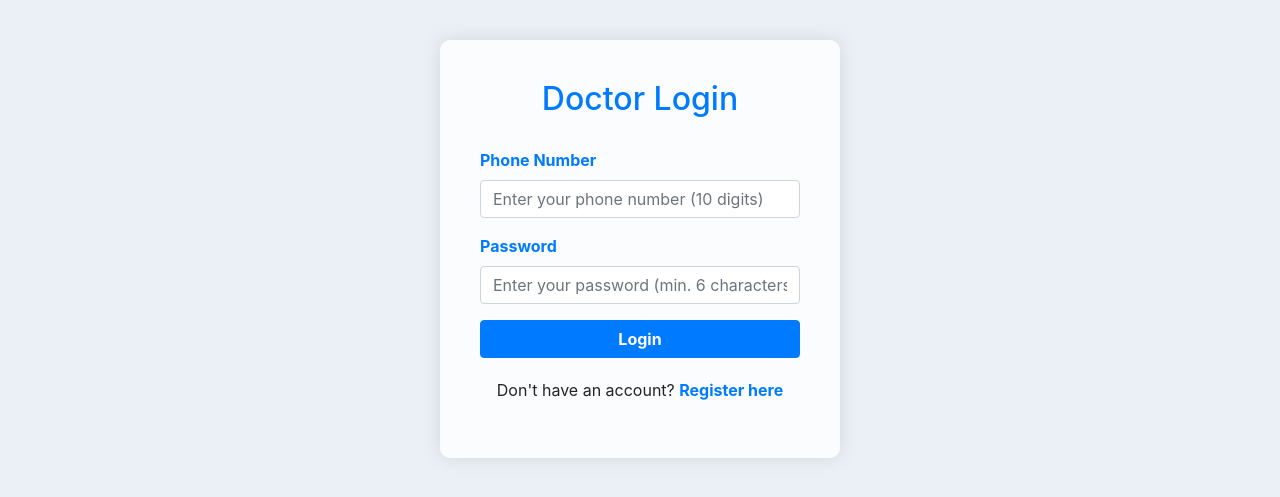
Repository: MohaseenAli/mediSlot
Page: http://localhost/mediSlot/doctor_login.jsp
An editor plug-in stored every save of this project. The page is shown before and after the next save, followed by the edit.
The browser window is 1280 px wide. The pictures show the whole page.
The page is served by Tomcat 10.

Above is the page before, as saved 2024-04-21 12:51:43.

After the next save:
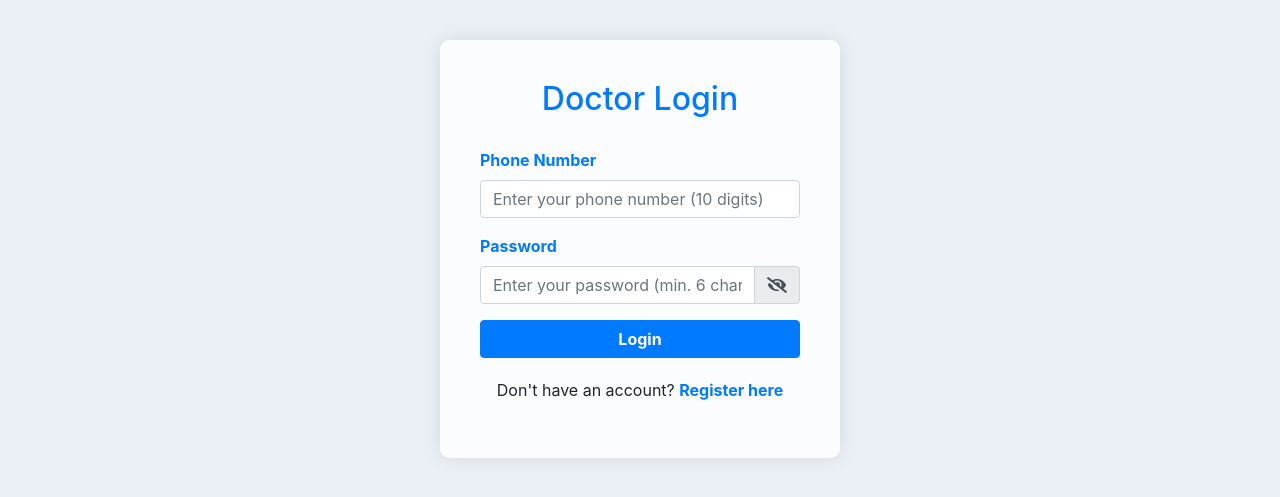
Saved 5 min 45 s later.
--- a/mediSlot/src/main/webapp/doctor_login.jsp
+++ b/mediSlot/src/main/webapp/doctor_login.jsp
@@ -10,8 +10,9 @@
 <link href="assets/image/icon.png" rel="icon">
 <!-- Bootstrap CSS -->
 <link
-	href="https://stackpath.bootstrapcdn.com/bootstrap/4.5.2/css/bootstrap.min.css"
-	rel="stylesheet" />
+	href="https://stackpath.bootstrapcdn.com/bootstrap/4.5.2/css/bootstrap.min.css" rel="stylesheet" />
+<!-- Font Awesome for eye icon -->
+<link href="https://cdnjs.cloudflare.com/ajax/libs/font-awesome/5.15.4/css/all.min.css" rel="stylesheet">
 <!-- Custom CSS -->
 <style>
 body {
@@ -89,10 +90,16 @@ body {
 						placeholder="Enter your phone number (10 digits)" required />
 				</div>
 				<div class="form-group">
-					<label for="password">Password</label> <input type="password"
-						class="form-control" id="password" name="password" pattern=".{6,}"
-						placeholder="Enter your password (min. 6 characters)" required />
-				</div>
+                    <label for="password">Password</label>
+                    <div class="input-group">
+                        <input type="password" class="form-control" id="password" name="password" pattern=".{5,}" placeholder="Enter your password (min. 6 characters)" required />
+                        <div class="input-group-append">
+                            <span class="input-group-text" id="togglePassword">
+                                <i class="fa fa-eye-slash" aria-hidden="true"></i>
+                            </span>
+                        </div>
+                    </div>
+                </div>
 				<button type="submit" class="btn btn-primary btn-block">
 					Login</button>
 			</form>
@@ -104,5 +111,20 @@ body {
 			</div>
 		</div>
 	</div>
+
+	<!-- JavaScript to toggle password visibility -->
+    <script>
+        const togglePassword = document.querySelector('#togglePassword');
+        const password = document.querySelector('#password');
+
+        togglePassword.addEventListener('click', function (e) {
+            // toggle the type attribute
+            const type = password.getAttribute('type') === 'password' ? 'text' : 'password';
+            password.setAttribute('type', type);
+            // toggle the eye slash icon
+            this.querySelector('i').classList.toggle('fa-eye-slash');
+            this.querySelector('i').classList.toggle('fa-eye');
+        });
+    </script>
 </body>
 </html>
